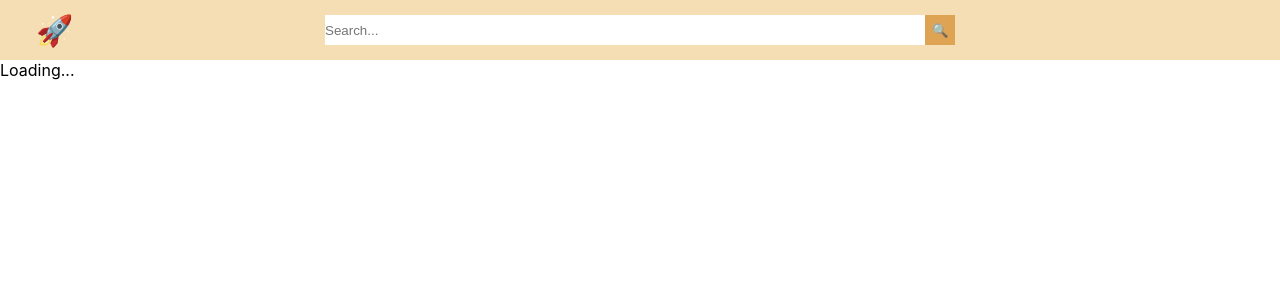
Repository: YEOMJINSEOP/React
Page: / (app in reactube/)
An editor plug-in stored every save of this project. The page is shown before and after the next save, followed by the edit.
The browser window is 1280 px wide. The pictures show the whole page.
The page's requests for data from a server got no answer. The project was rebuilt for these pictures with package versions that can differ from the ones it lists, and the page was loaded fresh each time. No one was signed in, and anything a server would have sent is missing. Also part of the build but not shown: reactube/src/app.css, reactube/src/components/videoList/VideoList.module.css, reactube/src/components/videoList/VideoList.jsx.

Above is the page before, as saved 2023-01-17 11:41:37.

### reactube/public/index.html
<!DOCTYPE html>
<html lang="en">
  <head>
    <meta charset="utf-8" />
    <link rel="icon" href="%PUBLIC_URL%/favicon.ico" />
    <meta name="viewport" content="width=device-width, initial-scale=1" />
    <meta name="theme-color" content="#000000" />
    <meta
      name="description"
      content="Web site created using create-react-app"
    />

    <title>Reactube 💠</title>
  </head>
  <body>
    <noscript>You need to enable JavaScript to run this app.</noscript>
    <div id="root"></div>
  </body>
</html>

### reactube/src/app.jsx
import React from 'react';
import './app.css';
import{QueryClient, QueryClientProvider} from '@tanstack/react-query'
import VideoList from './components/videoList/VideoList';
import Header from './components/header/Header';

const queryClient = new QueryClient();
function App() {
  return (
    <QueryClientProvider client={queryClient}>
      <Header/>
      <VideoList/>
    </QueryClientProvider>
  )
}

export default App;

### reactube/src/components/header/Header.jsx
import React from 'react';
import styles from './Header.module.css';

function Header(props) {
  return (
    <div className={styles.header}>
      <button className={styles.logo} type='button'>🚀</button>
      <div className={styles.search}>
        <input className={styles.searchBox} type="text" placeholder='Search...' />
        <button type='submit' className={styles.searchBtn}>🔍</button>
      </div>
    </div>
  );
}

export default Header;

### reactube/src/components/header/Header.module.css
* {
  box-sizing: border-box;
}
button {
  background-color: transparent;
  outline: none;
  border: none;
}

.header{
  position: relative;
  background-color: wheat;
  width: 100%;
  height: 60px;
  display: flex;
  justify-content:center;
  align-items: center;
}

.logo{
  position: absolute;
  left: 10px;
  font-size: 30px;
  left: 30px;
}
.searchBox{
  width: 600px;
  height: 30px;
  outline: none;
  border: none;
  padding: 0;
}

.searchBtn{
  width: 30px;
  height: 30px;
  background-color: rgba(211, 133, 31, 0.647);
}

Loaded but not shown: reactube/src/index.js (common file); reactube/src/index.css (common file)

After the next save:
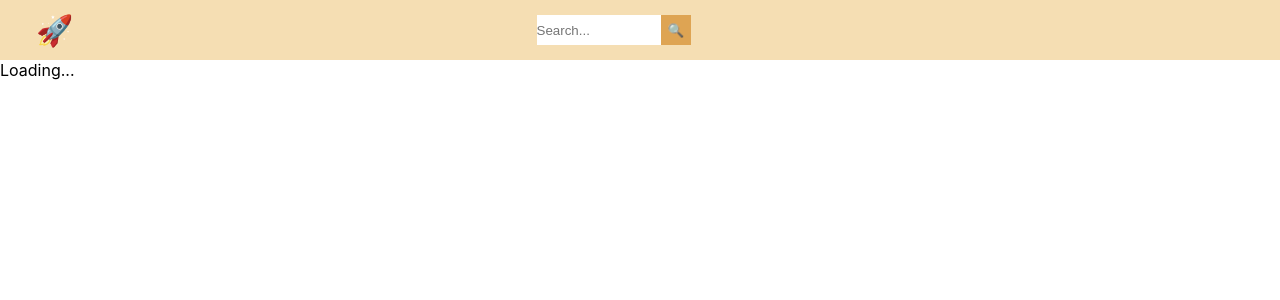
Saved 7 s later.
--- a/reactube/src/components/header/Header.module.css
+++ b/reactube/src/components/header/Header.module.css
@@ -24,7 +24,7 @@ button {
   left: 30px;
 }
 .searchBox{
-  width: 600px;
+  width: 60%;
   height: 30px;
   outline: none;
   border: none;
